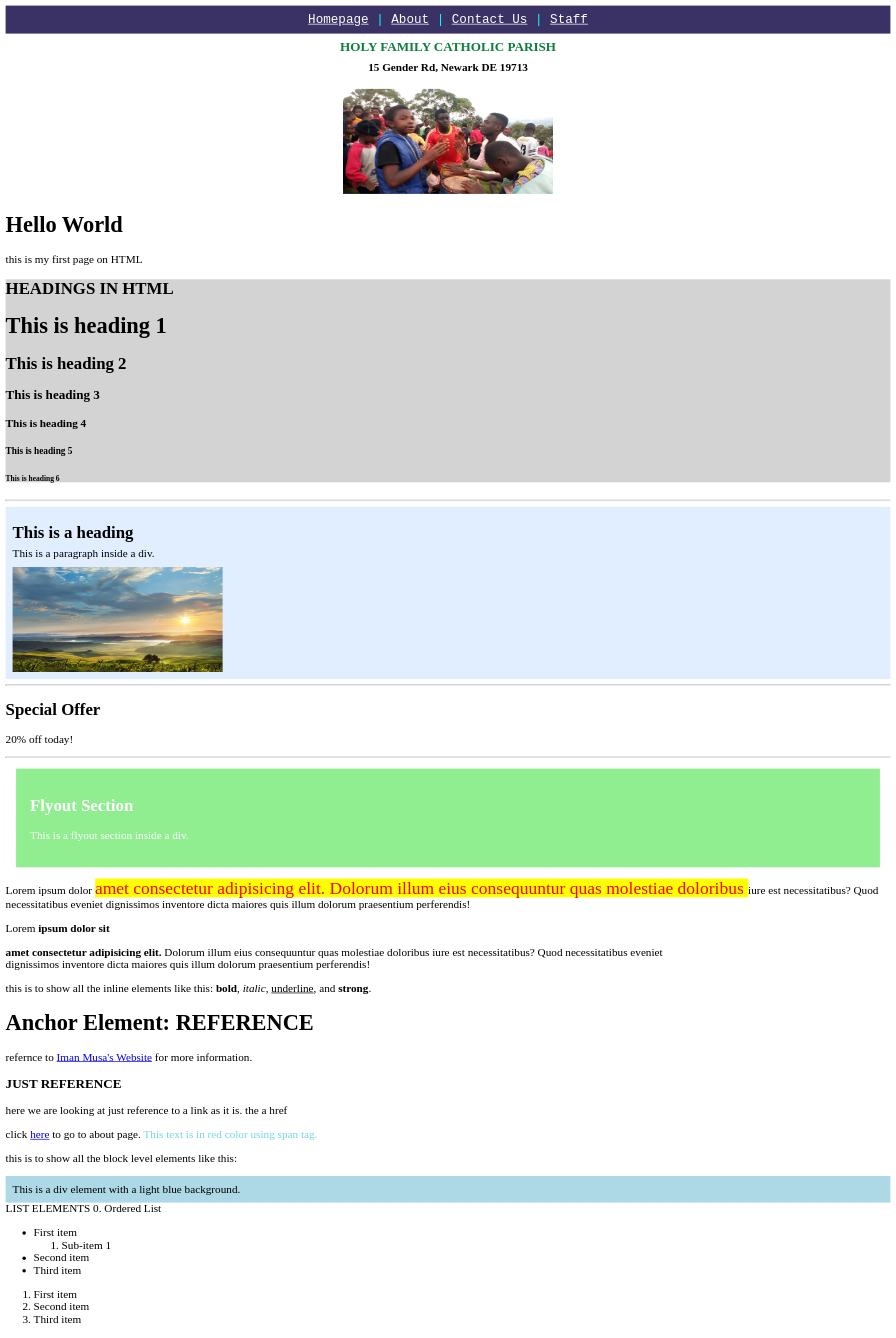
Repository: ficotims/HTML-RESTART
Page: Homepage.html
The author's editor kept a copy of each file at every save. The page is drawn from the files as they stood at one save, then again after the next save.
The browser window is 1280 px wide. The pictures show the whole page, at 70% of full size.

Above is the page before, as saved 2026-02-10 13:25:59.

After the next save:
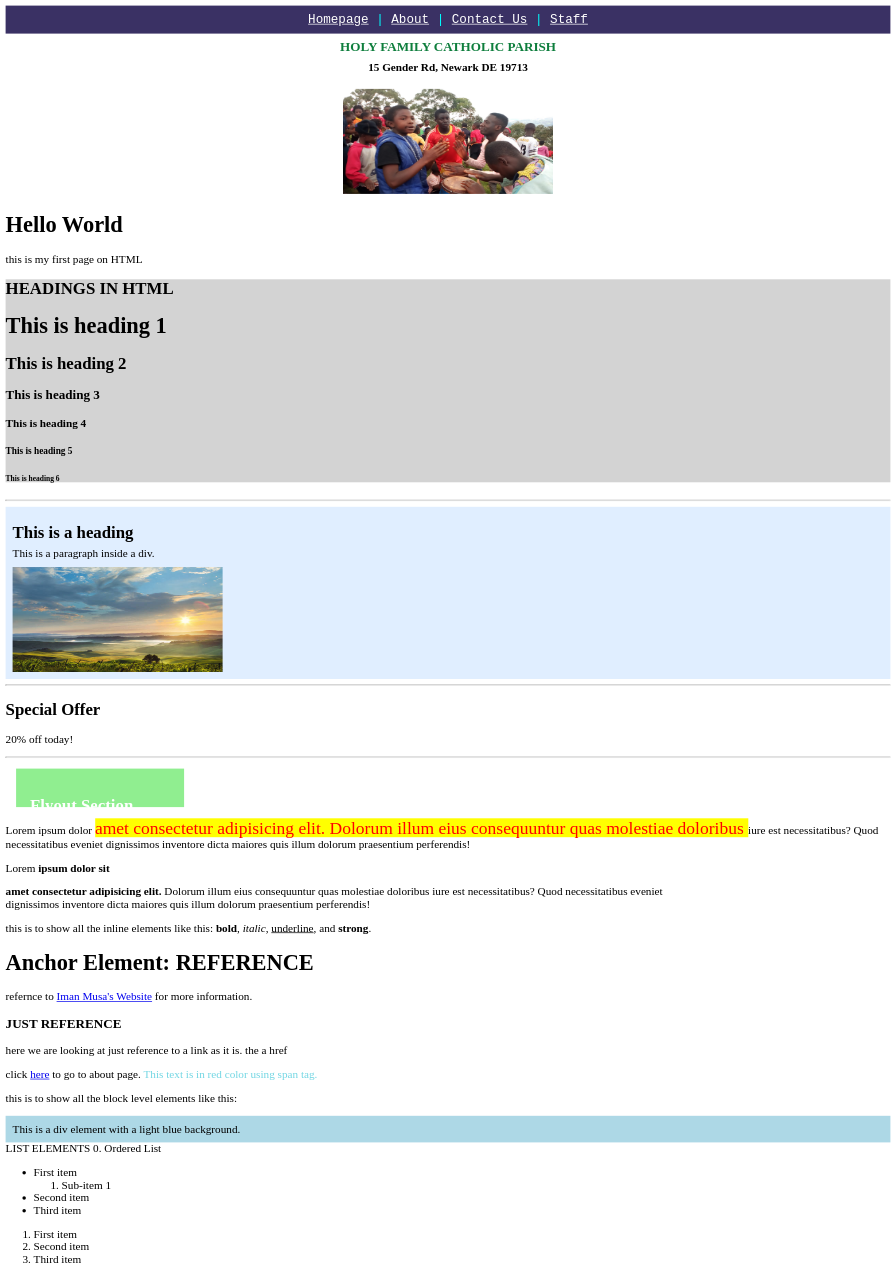
Saved 41 s later.
--- a/Style 1.css
+++ b/Style 1.css
@@ -10,6 +10,6 @@
     color: white;
     padding: 20px;
     margin: 15px;
-    height: auto;
-    width: auto;
+    height: 15px;
+    width: 200px;
 }
